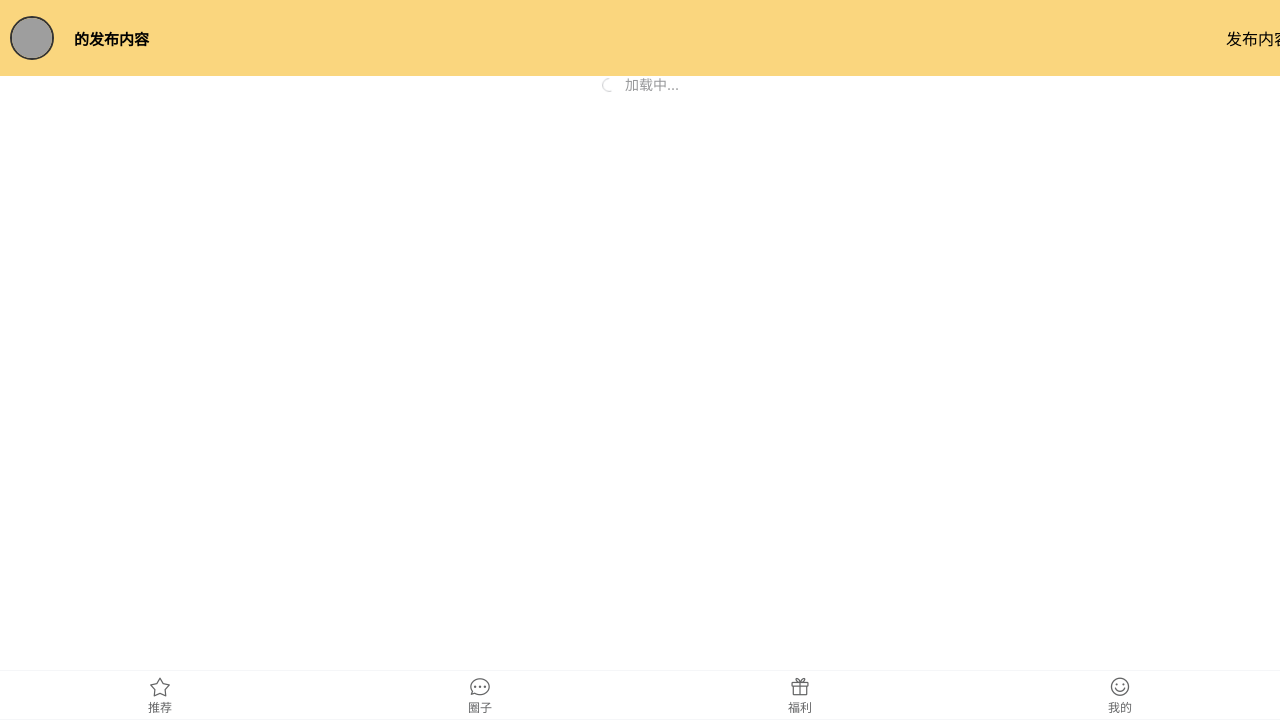
Repository: pbw-langwang/dm
Page: /#/fabu (app in dm_vue/)
These files come from the project's save history. The page is drawn as it stood at one moment and after the next save; the edit follows.
The browser window is 1280 px wide. The pictures show the whole page.
The page's requests for data from a server got no answer. The project was rebuilt for these pictures with package versions that can differ from the ones it lists, and the page was loaded fresh each time. No one was signed in, and anything a server would have sent is missing. Also part of the build but not shown: dm_vue/src/components/HelloWorld.vue, dm_vue/src/components/video.vue, dm_vue/src/components/setting.vue, dm_vue/src/components/gift.vue, dm_vue/src/components/Regist.vue, dm_vue/src/components/history.vue, dm_vue/src/components/Search.vue, dm_vue/src/components/SearchList.vue and 2 more.

Above is the page before, as saved 2021-06-22 15:57:47.

### dm_vue/index.html
<!DOCTYPE html>
<html>
  <head>
    <meta charset="utf-8">
    <meta name="viewport" content="width=device-width,initial-scale=1.0">
    <title>toutiao</title>
  </head>
  <body>
    <div id="app"></div>
    <!-- built files will be auto injected -->
  </body>
</html>

### dm_vue/src/main.js
// The Vue build version to load with the `import` command
// (runtime-only or standalone) has been set in webpack.base.conf with an alias.
import Vue from 'vue'
import App from './App'
import router from './router'
import Vant from 'vant'
import 'vant/lib/index.css'
import axios from 'axios'
import VueAxios from 'vue-axios'

Vue.use(VueAxios, axios)
Vue.use(Vant);

axios.defaults.baseURL = 'http://localhost:8080/dm/';
axios.defaults.withCredentials = true;

Vue.config.productionTip = false

Vue.filter("dateFormat", function (dateStr, pattern = "") {
    var dt = new Date(dateStr);
    var y = dt.getFullYear();
    var m = dt.getMonth() + 1;
    var d = dt.getDate();
    if (pattern.toLowerCase() == "yyyy-mm-dd") {
        return `${y}年${m}月${d}日`
    } else {
        var hh = dt.getHours();
        var mm = dt.getMinutes();
        var ss = dt.getSeconds();
        return `${y}年${m}月${d}日 ${hh}:${mm}:${ss}`
    }
})

/* eslint-disable no-new */
new Vue({
    el: '#app',
    router,
    components: { App },
    template: '<App/>'
})

### dm_vue/src/App.vue
<template>
  <div id="app">
    <router-view />

    <van-tabbar v-model="active" route>
      <van-tabbar-item name="home" to="/" icon="star-o">推荐</van-tabbar-item>
      <van-tabbar-item name="search" to="/video" icon="chat-o"
        >圈子</van-tabbar-item
      >
      <van-tabbar-item name="search" to="/gift" icon="point-gift-o"
        >福利</van-tabbar-item
      >
      <van-tabbar-item name="setting" to="/setting" icon="smile-o"
        >我的</van-tabbar-item
      >
    </van-tabbar>
  </div>
</template>

<script>
export default {
  name: "App",
  data() {
    return {
      active: "home",
    };
  },
};
</script>

### dm_vue/src/router/index.js
import Vue from 'vue'
import Router from 'vue-router'
import HelloWorld from '@/components/HelloWorld'
import video from '@/components/video'
import setting from '@/components/setting'
import Gift from '@/components/gift'
import Regist from '@/components/Regist'
import History from "@/components/History"
import Search from "@/components/Search"
import SearchList from "@/components/SearchList"
import Postdetail from "@/components/Postdetail"
import Authord from "@/components/Authord"
import fabu from "@/components/fabu"

Vue.use(Router)

export default new Router({
    routes: [{
            path: '/',
            name: 'HelloWorld',
            component: HelloWorld
        },
        {
            path: '/video',
            name: 'Video',
            component: video
        },
        {
            path: '/setting',
            name: 'setting',
            component: setting
        },
        {
            path: "/gift",
            name: "gift",
            component: Gift
        },
        {
            path: "/Regist",
            name: "Regist",
            component: Regist
        }, {
            path: "/History",
            name: "History",
            component: History
        }, {
            path: "/Search",
            name: "Search",
            component: Search
        }, {
            path: "/SearchList/:value",
            name: "SearchList",
            component: SearchList
        }, {
            path: "/Postdetail/:value",
            name: "Postdetail",
            component: Postdetail
        },
        {
            path: "/Authord/:value",
            name: "Authord",
            component: Authord
        },
        {
            path: "/fabu",
            name: "fabu",
            component: fabu
        }
    ]
})

### dm_vue/src/components/fabu.vue
<template>
  <div>
    <div class="top">
      <img :src="picIp+userimg" />
      <p class="name">{{username}} 的发布内容</p>
      <p>发布内容</p>
    </div>

    <van-pull-refresh v-model="refreshing" @refreshing="onRefresh">
      <van-list
        v-model="loading"
        :finished="finished"
        finished-text="没有更多"
        @load="onLoad"
      >
        <van-cell v-for="item in list" :key="item.postid">
          <div class="contentList" @click="gotopostdetail(item.postid)">
            <p style="margin: 5px 0">{{item.postcontent}}</p>
            <img style="width: 80%" :src="picIp+item.postimg"/>
          </div>
        </van-cell>
      </van-list>
    </van-pull-refresh>
  </div>
</template>

<script>
export default {
    name:"fabu",
    data(){
        return {
            picIp:"http://localhost:8080/pic/",
            pageIndex:1,
            list:[],
            userimg:localStorage.getItem("userImg"),
            username:localStorage.getItem("username"),
            loading:false,
            finished:false,
            refreshing:false,
        }
    },
    mounted(){

    },
    methods:{
        gotopostdetail(postId){
          this.$router.push("Postdetail/"+postId);
        },

        onLoad(){
          if(this.refreshing){
            this.list=[];
            this.refreshing=false;
          }
          this.axios.get("userpost/getByid?current="+this.pageIndex+"&size=3&username="+localStorage.getItem("username")).then((response)=>{
            this.list=this.list.concat(response.data.records);
            this.loading=false;
            if(this.pageIndex>=response.data.pages){
                this.finished=true;
            }
            this.pageIndex++;
          })
        },
        onRefresh(){
            this.finished=false;
            this.pageIndex=1;
            this.loading=true;
            this.onLoad();
        },
    }
}
</script>

<style scoped>
.top{
  width: 100%;
  display: flex;
  align-items: center;
  padding: 10px;
  position: fixed;
  top: 0;
  background-color: rgb(250,214,126);
}
.top img{
  width: 40px;
  height: 40px;
  border-radius: 50%;
  border: #333 solid 2px;
}
.top p:nth-child(2).name{
  flex: 1;
  margin-left: 20px;
  font-size: 15px;
  font-weight: 700;
}
.top p:nth-child(2){
  flex: 1;
  margin-left: 20px;
  font-size: 15px;
  font-weight: 700;
}


.van-pull-refresh{
  margin-top: 60px;
}

.contentList{
  margin-bottom: 30px;
  border-bottom: #999 solid 5px;
}
</style>

After the next save:
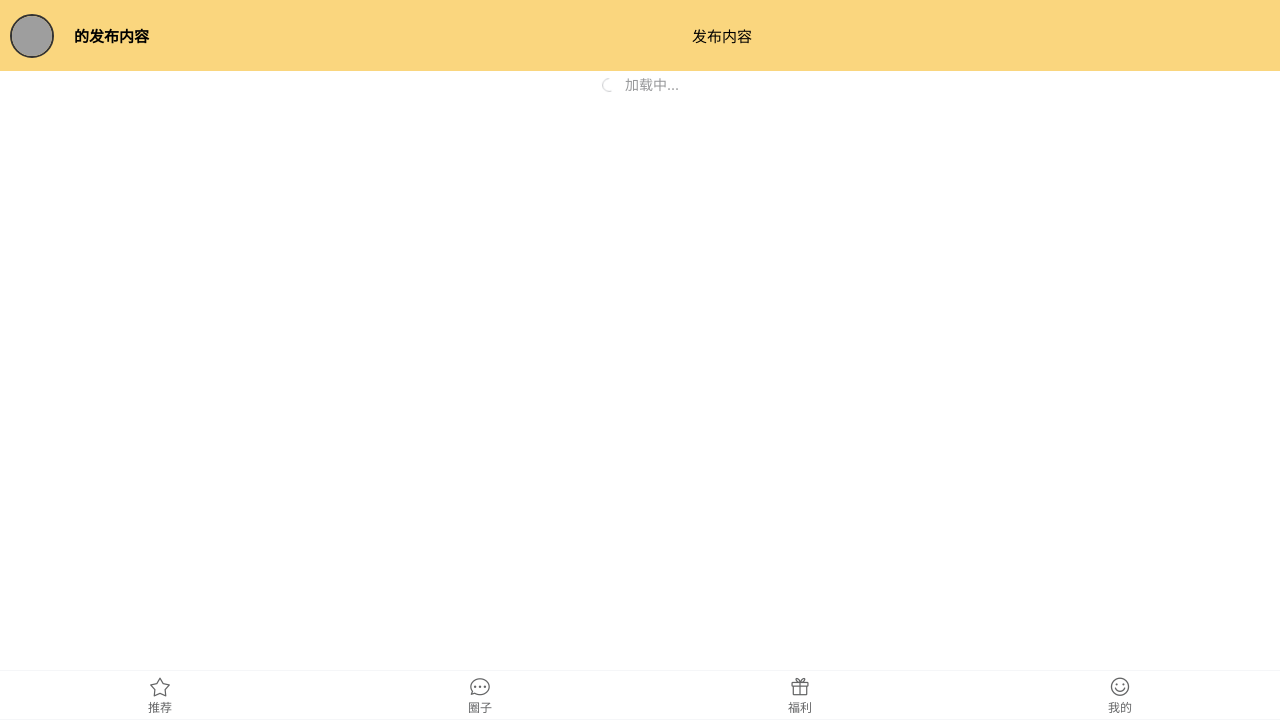
Saved 29 s later.
--- a/dm_vue/src/components/fabu.vue
+++ b/dm_vue/src/components/fabu.vue
@@ -87,17 +87,16 @@ export default {
   border-radius: 50%;
   border: #333 solid 2px;
 }
-.top p:nth-child(2).name{
+.top .name{
   flex: 1;
   margin-left: 20px;
   font-size: 15px;
   font-weight: 700;
 }
-.top p:nth-child(2){
+.top p:nth-child(3){
   flex: 1;
   margin-left: 20px;
   font-size: 15px;
-  font-weight: 700;
 }
 
 
